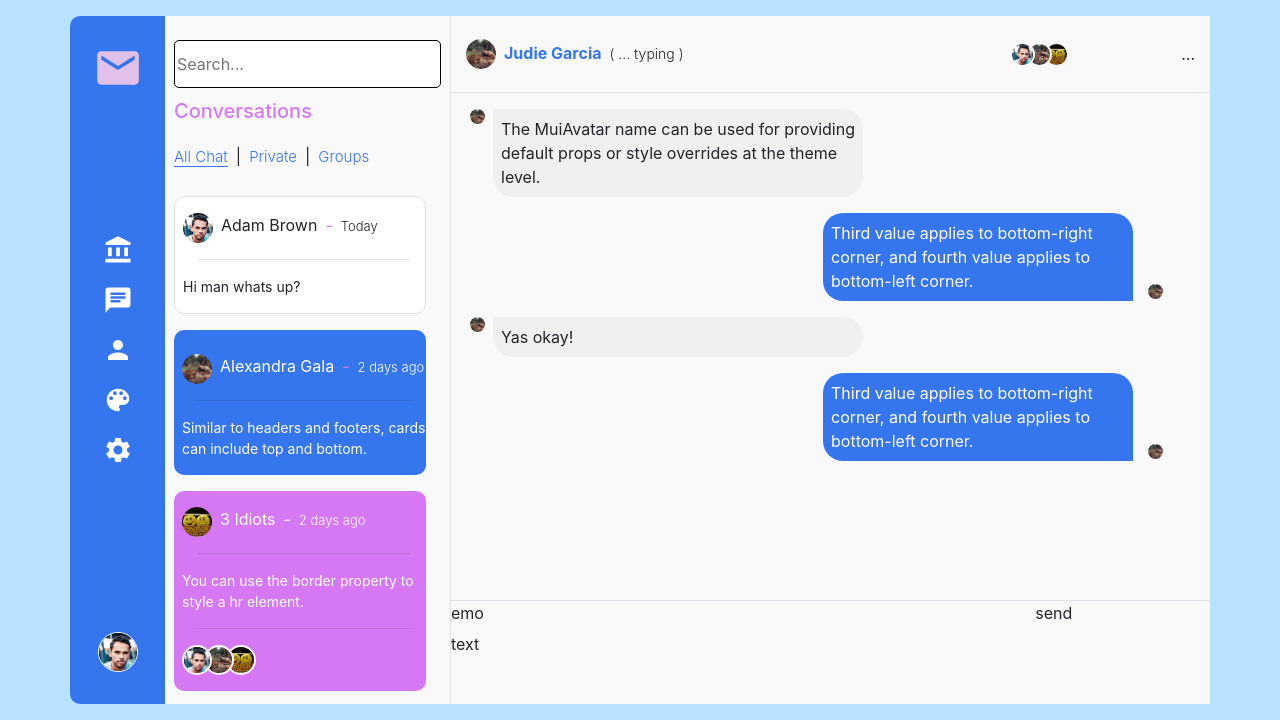
Repository: arafat877/super-chat
Page: /
These files come from the project's save history. The page is drawn as it stood at one moment and after the next save; the edit follows.
The browser window is 1280 px wide. The pictures show the whole page.
The project was rebuilt for these pictures with package versions that can differ from the ones it lists, and the page was loaded fresh each time.

Above is the page before, as saved 2020-08-07 02:22:42.

After the next save:
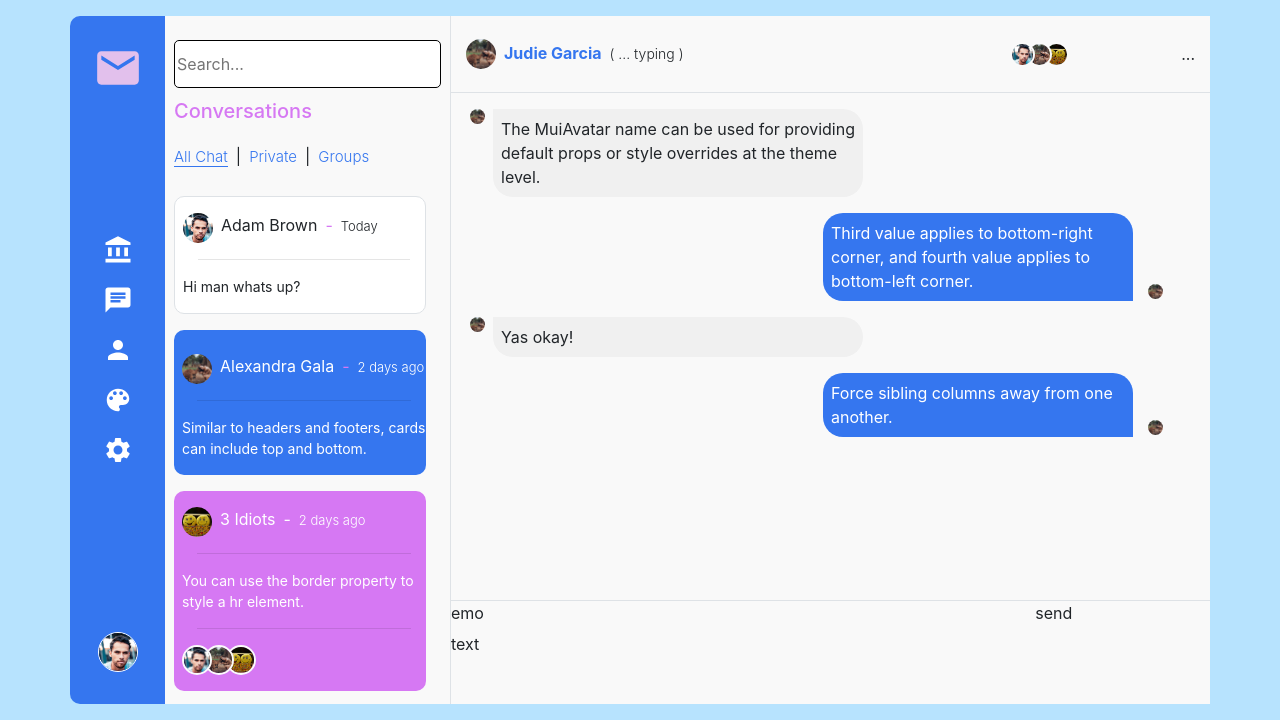
Saved 23 s later.
--- a/src/App.js
+++ b/src/App.js
@@ -232,8 +232,7 @@ function App() {
                 {/* MessageRow */}
                 <div className="row messageRowOwner mr-0 mt-3">
                   <div className="col-5 offset-6 text p-2">
-                    Third value applies to bottom-right corner, and fourth value
-                    applies to bottom-left corner.
+                    Force sibling columns away from one another.
                   </div>
                   <div className="col-1 mt-auto float-right">
                     <img
@@ -243,7 +242,7 @@ function App() {
                     />
                   </div>
                 </div>
-                                {/* MessageRow */}
+                {/* MessageRow */}
               </div>
             </div>
             <div className="row chatInput">
